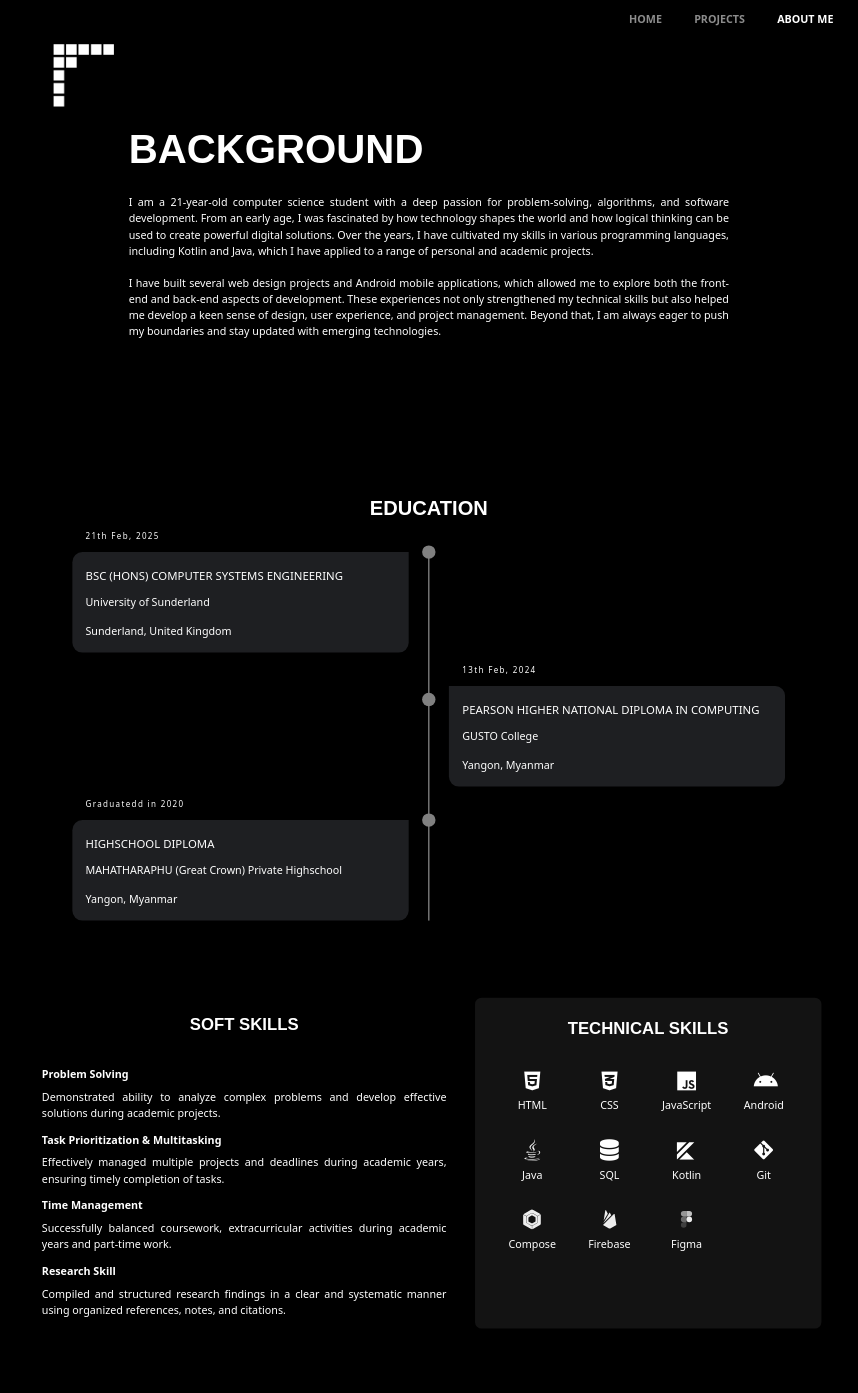
Repository: pyaestk/Portfolio-template
Page: aboutme.html
An editor plug-in stored every save of this project. The page is shown before and after the next save, followed by the edit.
The browser window is 1280 px wide. The pictures show the whole page, at 67% of full size.
Some web fonts or font styles are not loaded; a fallback is used. Some web libraries are served in a nearby version.

Above is the page before, as saved 2025-05-24 20:23:54.
Console error: TypeError: Cannot read properties of null (reading 'addEventListener')

After the next save:
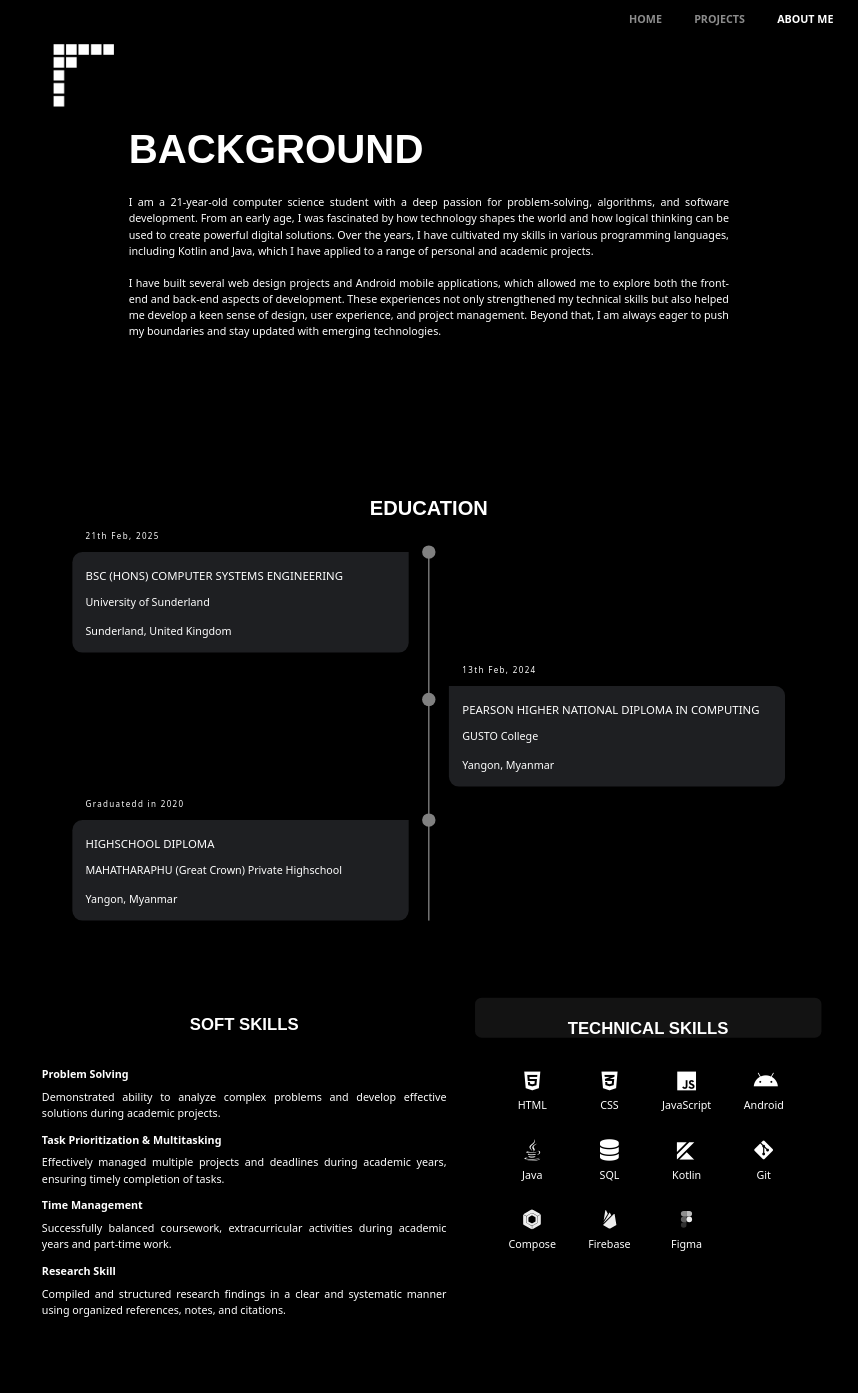
Saved 13 s later.
--- a/styles.css
+++ b/styles.css
@@ -197,7 +197,7 @@
   border-radius: 10px;
   padding: 30px 40px;
   text-align: start;
-  height: auto;
+  height: 0;
 }
 
 .skills-container .general-skills:hover, .technical-skills:hover{

After the save that followed:
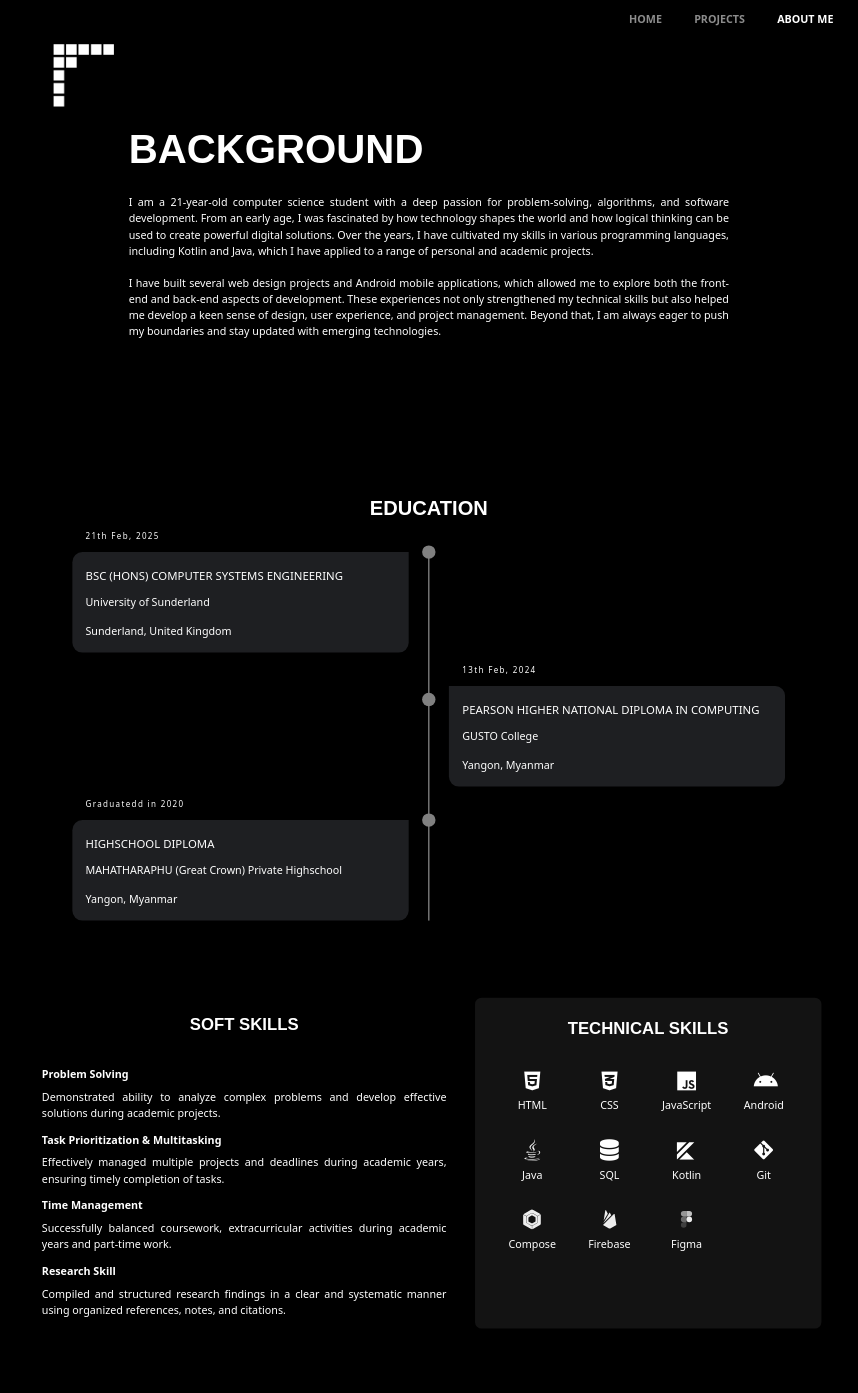
Saved 6 s later.
--- a/styles.css
+++ b/styles.css
@@ -197,7 +197,6 @@
   border-radius: 10px;
   padding: 30px 40px;
   text-align: start;
-  height: 0;
 }
 
 .skills-container .general-skills:hover, .technical-skills:hover{
